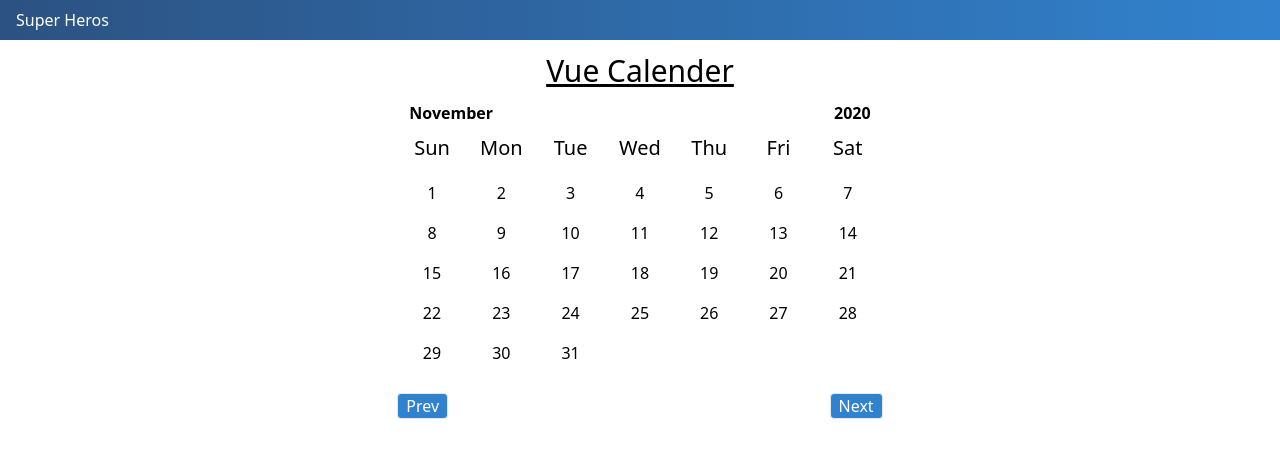
Repository: kshvkndl/VueFullCoursePractice
Page: /
These files come from the project's save history. The page is drawn as it stood at one moment and after a run of saves; the edit follows.
The browser window is 1280 px wide. The pictures show the whole page.
The project was rebuilt for these pictures with package versions that can differ from the ones it lists, and the page was loaded fresh each time.

Above is the page before, as saved 2020-11-19 10:14:45.

After the next 3 saves:
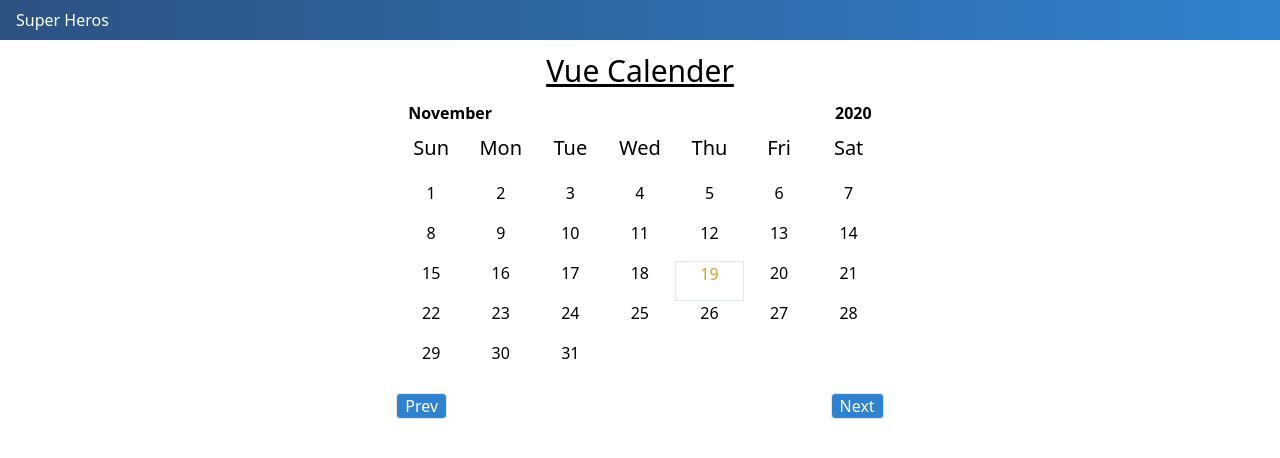
The 3 saves are shown as one change because 2 did not build or start.
The last was saved 68 s later.
--- a/src/components/Calender.vue
+++ b/src/components/Calender.vue
@@ -93,7 +93,9 @@ export default {
       ).toDateString();
       const currentFullDate = new Date().toDateString();
 
-      return;
+      return calenderFullDate === currentFullDate
+        ? "border text-yellow-600"
+        : "";
     },
   },
 
